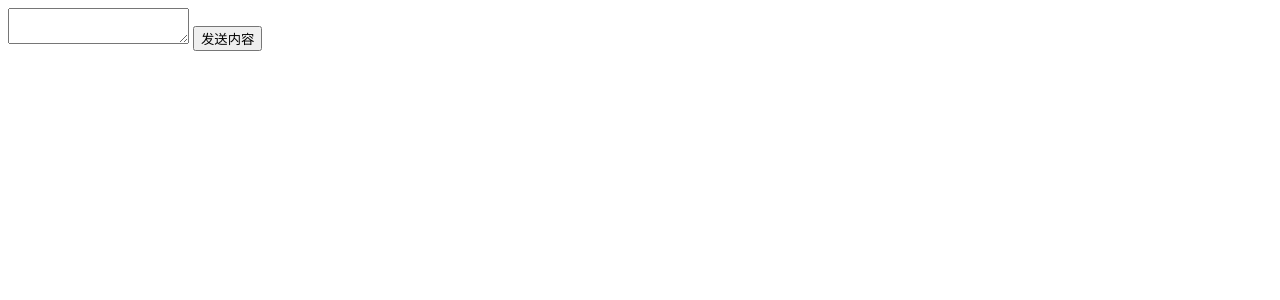
Repository: wyy511/node-socket.io
Page: client.html
An editor plug-in stored every save of this project. The page is shown before and after the next save, followed by the edit.
The browser window is 1280 px wide. The pictures show the whole page.
The page's requests for data from a server got no answer. Some web libraries are served in a nearby version.

Above is the page before, as saved 2019-11-19 17:39:49.

### client.html
<!DOCTYPE html>
<html lang="en">
<head>
  <meta charset="UTF-8">
  <meta name="viewport" content="width=device-width, initial-scale=1.0">
  <meta http-equiv="X-UA-Compatible" content="ie=edge">
  <title>吴瑶瑶的聊天室</title>
</head>
<body>
  <textarea id="text"></textarea>
  <button id="btn">发送内容</button>
  <script type="text/javascript" src="https://cdn.bootcss.com/socket.io/2.3.0/socket.io.js"></script>
  <script type="text/javascript">
    var socket = io.connect('/');
    document.getElementById('btn').onclick = () => {
      var val = document.getElementById('text').value;
      if (!val) return;
      socket.send(val)
      document.getElementById('text').value = '';
    }
    // 如果客户端监听到socket消息，那么执行这个方法里的回调，且得到广播的消息
    socket.on("message", (msg) => {
      if (!msg) return;
      var p = document.createElement("p");
      p.innerText = msg;
      document.body.appendChild(p);
    })
  </script>
</body>
</html>

After the next save:
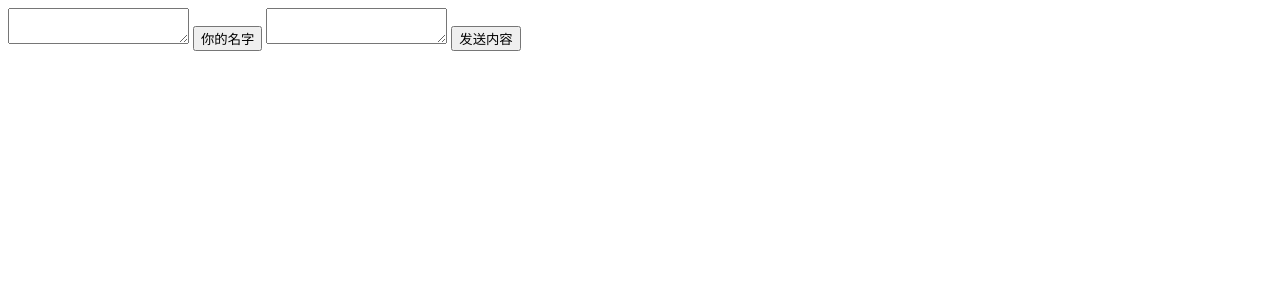
Console error: TypeError: Cannot set properties of null (setting 'onclick')
Saved 26 h 11 min later.
--- a/client.html
+++ b/client.html
@@ -7,16 +7,18 @@
   <title>吴瑶瑶的聊天室</title>
 </head>
 <body>
-  <textarea id="text"></textarea>
-  <button id="btn">发送内容</button>
+  <textarea id="rename"></textarea>
+  <button id="renameBtn">你的名字</button>
+  <textarea id="message"></textarea>
+  <button id="messageBtn">发送内容</button>
   <script type="text/javascript" src="https://cdn.bootcss.com/socket.io/2.3.0/socket.io.js"></script>
   <script type="text/javascript">
     var socket = io.connect('/');
     document.getElementById('btn').onclick = () => {
-      var val = document.getElementById('text').value;
+      var val = document.getElementById('message').value;
       if (!val) return;
       socket.send(val)
-      document.getElementById('text').value = '';
+      document.getElementById('message').value = '';
     }
     // 如果客户端监听到socket消息，那么执行这个方法里的回调，且得到广播的消息
     socket.on("message", (msg) => {
